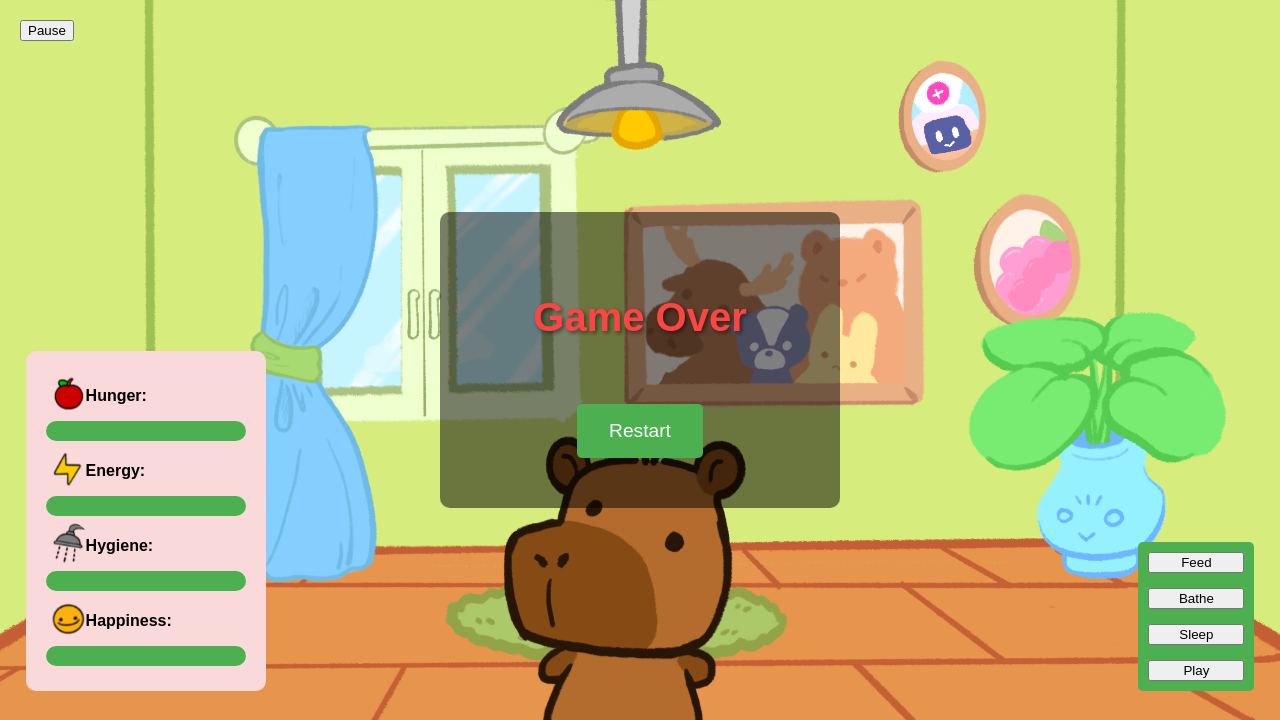
Repository: sarahjx/CapyCare
Page: html/index.html
These files come from the project's save history. The page is drawn as it stood at one moment and after a run of saves; the edit follows.
The browser window is 1280 px wide. The pictures show the whole page.
Some web fonts or font styles are not loaded; a fallback is used.

Above is the page before, as saved 2025-05-01 14:54:46.
Console error: TypeError: Cannot set properties of null (setting 'innerText')

### html/index.html
<!-- @format -->

<!DOCTYPE html>
<html lang="en">
  <head>
    <meta charset="UTF-8" />
    <meta name="viewport" content="width=device-width, initial-scale=1.0" />
    <title>Virtual Pet Game</title>
    <link rel="preconnect" href="https://fonts.googleapis.com">
    <link rel="preconnect" href="https://fonts.gstatic.com" crossorigin>
    <link href="https://fonts.googleapis.com/css2?family=McLaren&display=swap" rel="stylesheet">
    <link rel="stylesheet" href="../css/statusbar.css" />
  </head>
  <body>

    <div class="pet-container">
      <img class="pet-image" src="../images/capybara.png" alt="capybara" />
    </div>

    <div class="status-bar-container">

      <div class="status-bar">
        <div class="status-icon-container">
        <span class="hunger-icon"><img src="../images/hunger.svg" alt="hunger icon"></span>
        <span class="status-label">Hunger:</span>
        </div>
        <div class="status-progress">
          <div id="hunger-fill" class="status-fill"></div>
        </div>
        <div id="hunger-warning" class="warning"></div>
      </div>

      <div class="status-bar">
        <div class="status-icon-container">
        <span class="energy-icon"><img src="../images/energy.svg" alt="energy icon"></span>
        <span class="status-label">Energy:</span>
        </div>
        <div class="status-progress">
          <div id="energy-fill" class="status-fill"></div>
        </div>
        <div id="energy-warning" class="warning"></div>
      </div>

      <div class="status-bar">
        <div class="status-icon-container">
        <span class="hygiene-icon"><img src="../images/hygiene.svg" alt="hygiene icon"></span>
        <span class="status-label">Hygiene:</span>
        </div>
        <div class="status-progress">
          <div id="hygiene-fill" class="status-fill"></div>
        </div>
        <div id="hygiene-warning" class="warning"></div>
      </div>

      <div class="status-bar">
        <div class="status-icon-container">
        <span class="happiness-icon"><img src="../images/happiness.svg" alt="hygiene icon"></span>
        <span class="status-label">Happiness:</span>
        </div>
        <div class="status-progress">
          <div id="happiness-fill" class="status-fill"></div>
        </div>
        <div id="happiness-warning" class="warning"></div>
      </div>
    </div>

      <div class="action-buttons">
        <button onclick="feedPet(currentPet)">Feed</button>
        <button onclick="bathePet(currentPet)">Bathe</button>
        <button onclick="bedtime(currentPet)">Sleep</button>
        <button onclick="touchPet(currentPet)">Play</button>
      </div>
      <button id="pauseButton" onclick="togglePause()" class="pause-button">
        Pause
      </button>
    </div>

    <div id="gameOverScreen" class="game-over-screen">
      <div class="game-over-content">
        <h2>Game Over</h2>
        <p id="gameOverMessage"></p>
        <button class="restart-button" onclick="resetGame()">Restart</button>
      </div>
    </div>

    <script src="../backend/status.js"></script>
  </body>
</html>

### css/statusbar.css
/** @format */

:root {
  --primary-color: #f9d9d9;
  --secondary-color: #d9e7f9;
  --tertiary-color: #fff1fb;
  --accent-color: #f7efd7;
  --text-color: #333;
  --spacing-xs: 0.5rem;
  --spacing-sm: 0.75rem;
  --spacing-md: 1rem;
  --spacing-lg: 1.5rem;
  --spacing-xl: 2rem;
  --spacing-xxl: 3rem;
  --font-family: "McLaren", sans-serif;
  --font-size-xs: 0.75rem;
  --font-size-sm: 0.875rem;
  --font-size-md: 1rem;
  --font-size-lg: 1.125rem;
  --font-size-xl: 1.25rem;
  --font-size-xxl: 1.5rem;
}

body {
  font-family: var(--font-family);
  margin: 0 auto;
  padding: 20px;
  background-image: url("../images/room.png");
  background-size: cover;
  background-repeat: no-repeat;
  background-attachment: fixed;
  background-position: center;
}

.pet-container {
  display: flex;
  flex-direction: column;
  align-items: center;
  justify-content: center;
}

.pet-image {
  transform: scale(0.3);
  position: fixed;
  margin-top: 1200px;
}

.status-bar-container {
  position: fixed;
  background-color: var(--primary-color);
  padding: 20px;
  border-radius: 10px;
  display: inline-flex;
  flex-direction: column;
  bottom: 4%;
  left: 2%;
}

.status-icon-container {
  display: flex;
  align-items: center;
  margin-bottom: 0;
}

.hunger-icon,
.energy-icon,
.happiness-icon,
.hygiene-icon {
  width: 10px;
  height: auto;
  margin-right: 30px;
}

.status-bar {
  margin: 0;
}

.status-label {
  display: inline-block;
  width: 100px;
  font-weight: bold;
  margin: 0;
}

.status-progress {
  width: 200px;
  height: 20px;
  background-color: #ffffff;
  border-radius: 10px;
  overflow: hidden;
  position: relative;
}

.status-fill {
  height: 100%;
  width: 100%;
  position: absolute;
  left: 0;
  top: 0;
  background-color: #4caf50;
  transition: width 0.3s ease;
}

.status-row {
  display: flex;
  align-items: center;
  gap: 10px;
  margin-bottom: 10px;
}

.status-icon {
  width: 24px;
  height: 24px;
}

.status-value {
  min-width: 50px;
  text-align: right;
  font-weight: bold;
  color: #333;
}

.action-buttons {
  margin-top: 20px;
  display: inline-flex;
  flex-direction: column;
  padding: 20px;
  border-radius: 10px;
  gap: 15px;
  background-color: var(--primary-color);
  position: fixed;
  right: 2%;
  bottom: 4%;
  padding: 10px;
  border: none;
  border-radius: 5px;
  background-color: #4caf50;
  color: white;
  cursor: pointer;
  transition: background-color 0.3s;
  width: 6rem;
  font-family: var(--font-family);
  font-weight: 7pt;
  font-size: var(--font-size-xl);
}


.restart-button {
  padding-right: 10px;
}

button:hover {
  background-color: #45a049;
}

.warning {
  color: #ff9800;
  font-weight: bold;
  margin-top: 5px;
}

.critical {
  color: #f44336;
  font-weight: bold;
  margin-top: 5px;
}

.hidden {
  display: none;
}

.game-over-overlay {
  position: fixed;
  top: 0;
  left: 0;
  right: 0;
  bottom: 0;
  width: 100vw;
  height: 100vh;
  background-color: rgba(0, 0, 0, 0.2);
  display: none;
  z-index: 1000;
  margin: 0;
  padding: 0;
}

.game-over-content {
  position: fixed;
  display: flex;
  flex-direction: column;
  justify-content: center;
  align-items: center;
  left: 50%;
  top: 50%;
  transform: translate(-50%, -50%);
  padding: 50px;
  background-color: rgba(0, 0, 0, 0.5);
  color: white;
  border-radius: 10px;
  z-index: 1001;
  min-width: 300px;
}

.game-over-content h2 {
  color: #ff4444;
  font-size: 2.5rem;
  text-align: center;
  margin-bottom: 2rem;
  text-shadow: 2px 2px 4px rgba(0, 0, 0, 0.5);
}

.game-over-content button {
  padding: 1rem 2rem;
  font-size: 1.2rem;
  background-color: #4caf50;
  color: white;
  border: none;
  border-radius: 5px;
  cursor: pointer;
  transition: background-color 0.3s;
}

.game-over-content button:hover {
  background-color: #45a049;
}

### backend/status.js
/** @format */

function Personality(favFood, active, clean, clingy, foodLover, introText) {
  this.favFood = favFood;
  this.active = active;
  this.clean = clean;
  this.clingy = clingy;
  this.foodLover = foodLover;
  this.intro = introText;
}

const mix1 = new Personality(
  "Sunfruit",
  true,
  true,
  true,
  true,
  "This pet is energetic and playful, always ready to explore or play. They love the taste of Sunfruit and will happily eat it when offered, but they'll need constant attention, so expect lots of petting and cuddling. Despite their active nature, they stay clean and are easy to bathe. This pet loves affection and will return it in kind!"
);
const mix2 = new Personality(
  "Snakberry",
  true,
  true,
  false,
  true,
  "This pet is full of energy and loves to make the most of their days. They are particularly fond of Snakberries, which they will devour happily, but they tend to get hungry more often due to their high energy levels. Despite their active nature, they keep themselves clean and are easy to bathe. They're not overly clingy, so while they'll happily spend time with you, they won't be demanding affection constantly."
);
const mix3 = new Personality(
  "Dreamleaf",
  false,
  false,
  true,
  false,
  "This pet is laid-back and enjoys spending time with you, always seeking your company. They love Dreamleaf as a treat, but they're not particularly food-driven and don't get hungry as often. While they may get a little dirty from time to time, they tend to move around when you try to bathe them. Expect them to seek out your attention frequently, and be ready to shower them with love when they come to you for pets."
);

const personalities = [mix1, mix2, mix3];

// Global variables
let currentPet = null;
let hunger = 100;
let energy = 100;
let hygiene = 100;
let happiness = 100;
let isGameOver = false;
let isPaused = false;

// Store interval IDs globally
let hungerInterval = null;
let energyInterval = null;
let hygieneInterval = null;
let happinessInterval = null;

// Initialize the game
function initializeGame() {
  currentPet = getRandomPersonality();
  hunger = 100;
  energy = 100;
  hygiene = 100;
  happiness = 100;
  updateStatusBars();
  updateIntervals();
}

function getRandomPersonality() {
  const randomIndex = Math.floor(Math.random() * personalities.length);
  currentPet = personalities[randomIndex];
  console.log("New pet initialized:", currentPet.intro);
  return currentPet;
}

// Personality-based status decrease functions
function decreaseHunger() {
  if (!currentPet || isGameOver) return;
  const decreaseAmount = currentPet.foodLover ? 15 : 10;
  hunger = Math.max(0, hunger - decreaseAmount);
  updateStatusBars();
  if (hunger === 0 && checkGameOver()) return;
}

function decreaseEnergy() {
  if (!currentPet || isGameOver) return;
  const decreaseAmount = currentPet.active ? 15 : 10;
  energy = Math.max(0, energy - decreaseAmount);
  updateStatusBars();
  if (energy === 0 && checkGameOver()) return;
}

function decreaseHygiene() {
  if (!currentPet || isGameOver) return;
  const decreaseAmount = currentPet.clean ? 8 : 12;
  hygiene = Math.max(0, hygiene - decreaseAmount);
  updateStatusBars();
  if (hygiene === 0 && checkGameOver()) return;
}

function decreaseHappiness() {
  if (!currentPet || isGameOver) return;
  const decreaseAmount = currentPet.clingy ? 15 : 10;
  happiness = Math.max(0, happiness - decreaseAmount);
  updateStatusBars();
  if (happiness === 0 && checkGameOver()) return;
}

// Update intervals with personality-based timing
function updateIntervals() {
  // Clear any existing intervals
  if (hungerInterval) clearInterval(hungerInterval);
  if (energyInterval) clearInterval(energyInterval);
  if (hygieneInterval) clearInterval(hygieneInterval);
  if (happinessInterval) clearInterval(happinessInterval);

  // Set new intervals based on personality
  hungerInterval = setInterval(
    () => {
      decreaseHunger();
      warning();
    },
    currentPet.foodLover ? 6000 : 8000
  );

  energyInterval = setInterval(
    () => {
      decreaseEnergy();
      warning();
    },
    currentPet.active ? 8000 : 12000
  );

  hygieneInterval = setInterval(
    () => {
      decreaseHygiene();
      warning();
    },
    currentPet.clean ? 18000 : 15000
  );

  happinessInterval = setInterval(
    () => {
      decreaseHappiness();
      warning();
    },
    currentPet.clingy ? 8000 : 10000
  );

  console.log("Intervals updated for pet:", currentPet.intro);
}

// Pause game function
function pauseGame() {
  if (hungerInterval) clearInterval(hungerInterval);
  if (energyInterval) clearInterval(energyInterval);
  if (hygieneInterval) clearInterval(hygieneInterval);
  if (happinessInterval) clearInterval(happinessInterval);
  console.log("Game paused");
}

// Resume game function
function resumeGame() {
  updateIntervals();
  console.log("Game resumed");
}

function touchPet(personality) {
  if (personality.clingy) {
    gainStatus("happiness");
    console.log("Your pet loves the attention!");
  } else {
    loseStatus("happiness");
    console.log("Your pet prefers their space.");
  }
}

function feedPet(personality) {
  gainStatus("hunger"); // Always increase hunger
  if (personality.foodLover) {
    gainStatus("happiness");
    console.log("Your pet loves the food!");
  } else {
    loseStatus("happiness");
    console.log("Your pet isn't very interested in food.");
  }
}

function bathePet(personality) {
  gainStatus("hygiene"); // Always increase hygiene
  if (personality.clean) {
    gainStatus("happiness");
    console.log("Your pet enjoys being clean!");
  } else {
    loseStatus("happiness");
    console.log("Your pet doesn't like baths.");
  }
}

function bedtime(personality) {
  const petImage = document.querySelector(".pet-image");
  if (petImage) {
    // Store the current image to return to
    const currentImage = petImage.src;

    // Show sleeping animation
    petImage.src = "../images/Sleep.PNG";

    // After 3 seconds, restore the previous state
    setTimeout(() => {
      updatePetImage();
    }, 3000);
  }

  gainStatus("energy"); // Always increase energy
  if (personality.active) {
    loseStatus("happiness");
    console.log("Your pet is too energetic to sleep!");
  } else {
    gainStatus("happiness");
    console.log("Your pet enjoys resting.");
  }
}

function gainStatus(category) {
  switch (category) {
    case "hunger":
      if (hunger >= 100) {
        console.log("Hunger is full!");
      } else if (hunger < 100) {
        hunger += 10;
        console.log("Hunger: " + hunger);
      }
      break;
    case "energy":
      if (energy >= 100) {
        console.log("Energy is full!");
      } else if (energy < 100) {
        energy += 10;
        console.log("Energy: " + energy);
      }
      break;
    case "hygiene":
      if (hygiene >= 100) {
        console.log("Hygiene is full!");
      } else if (hygiene < 100) {
        hygiene += 10;
        console.log("Hygiene: " + hygiene);
      }
      break;
    case "happiness":
      if (happiness >= 100) {
        console.log("Happiness is full!");
      } else if (happiness < 100) {
        happiness += 10;
        console.log("Happiness: " + happiness);
      }
      break;
    default:
      console.log("Invalid category");
  }
}

function loseStatus(category) {
  switch (category) {
    case "hunger":
      if (hunger <= 0) {
        console.log("Hunger is empty!");
        hunger = 0;
      } else if (hunger > 0) {
        hunger -= 10;
        console.log("Hunger: " + hunger);
      }
      break;
    case "energy":
      if (energy <= 0) {
        console.log("Energy is empty!");
        energy = 0;
      } else if (energy > 0) {
        energy -= 10;
        console.log("Energy: " + energy);
      }
      break;
    case "hygiene":
      if (hygiene <= 0) {
        console.log("Hygiene is empty!");
        hygiene = 0;
      } else if (hygiene > 0) {
        hygiene -= 10;
        console.log("Hygiene: " + hygiene);
      }
      break;
    case "happiness":
      if (happiness <= 0) {
        console.log("Happiness is empty!");
        happiness = 0;
      } else if (happiness > 0) {
        happiness -= 3;
        console.log("Happiness: " + happiness);
      }
      break;
    default:
      console.log("Invalid category");
  }
}

function warning() {
  // Hunger warnings
  if (hunger <= 50 && hunger > 20) {
    document.getElementById("hunger-warning").textContent =
      "Your pet is getting hungry!";
    document.getElementById("hunger-warning").className = "warning";
  } else if (hunger <= 20 && hunger > 0) {
    document.getElementById("hunger-warning").textContent =
      "Your pet is starving!";
    document.getElementById("hunger-warning").className = "critical";
  } else {
    document.getElementById("hunger-warning").textContent = "";
  }

  // Energy warnings
  if (energy <= 50 && energy > 20) {
    document.getElementById("energy-warning").textContent =
      "Your pet is getting tired!";
    document.getElementById("energy-warning").className = "warning";
  } else if (energy <= 20 && energy > 0) {
    document.getElementById("energy-warning").textContent =
      "Your pet is exhausted!";
    document.getElementById("energy-warning").className = "critical";
  } else {
    document.getElementById("energy-warning").textContent = "";
  }

  // Hygiene warnings
  if (hygiene <= 50 && hygiene > 20) {
    document.getElementById("hygiene-warning").textContent =
      "Your pet needs a bath!";
    document.getElementById("hygiene-warning").className = "warning";
  } else if (hygiene <= 20 && hygiene > 0) {
    document.getElementById("hygiene-warning").textContent =
      "Your pet is filthy!";
    document.getElementById("hygiene-warning").className = "critical";
  } else {
    document.getElementById("hygiene-warning").textContent = "";
  }

  // Happiness warnings
  if (happiness <= 50 && happiness > 20) {
    document.getElementById("happiness-warning").textContent =
      "Your pet is getting sad!";
    document.getElementById("happiness-warning").className = "warning";
  } else if (happiness <= 20 && happiness > 0) {
    document.getElementById("happiness-warning").textContent =
      "Your pet is depressed!";
    document.getElementById("happiness-warning").className = "critical";
  } else {
    document.getElementById("happiness-warning").textContent = "";
  }
}

function checkGameOver() {
  if (hunger <= 0 || energy <= 0 || hygiene <= 0 || happiness <= 0) {
    isGameOver = true;
    pauseGame();
    showGameOver();
    return true;
  }
  return false;
}

function showGameOver() {
  let reason = "";
  if (hunger <= 0) reason = "Your pet starved to death!";
  else if (energy <= 0) reason = "Your pet died from exhaustion!";
  else if (hygiene <= 0) reason = "Your pet died from poor hygiene!";
  else if (happiness <= 0) reason = "Your pet died from sadness!";

  console.log("GAME OVER: " + reason);
  document.getElementById("gameOverMessage").textContent = reason;
  document.getElementById("gameOverOverlay").style.display = "block";
  document.getElementById("gameOverContent").style.display = "flex";
}

function resetGame() {
  isGameOver = false;
  hunger = 100;
  energy = 100;
  hygiene = 100;
  happiness = 100;
  document.getElementById("gameOverOverlay").style.display = "none";
  document.getElementById("gameOverContent").style.display = "none";
  currentPet = getRandomPersonality();
  updateStatusBars();
  updateIntervals();
}

function togglePause() {
  isPaused = !isPaused;
  const pauseButton = document.getElementById("pauseButton");
  const buttons = document.querySelectorAll(
    ".buttons button:not(#pauseButton)"
  );

  if (isPaused) {
    pauseButton.textContent = "Resume";
    pauseButton.classList.add("paused");
    buttons.forEach((button) => (button.disabled = true));
    pauseGame();
  } else {
    pauseButton.textContent = "Pause";
    pauseButton.classList.remove("paused");
    buttons.forEach((button) => (button.disabled = false));
    resumeGame();
  }
}

// Update status bars
function updateStatusBars() {
  // Update the width of each status bar
  document.getElementById("hunger-fill").style.width = hunger + "%";
  document.getElementById("energy-fill").style.width = energy + "%";
  document.getElementById("happiness-fill").style.width = happiness + "%";
  document.getElementById("hygiene-fill").style.width = hygiene + "%";

  // Update pet image based on status
  updatePetImage();
}

// Override console.log to update UI
const originalConsoleLog = console.log;
console.log = function () {
  originalConsoleLog.apply(console, arguments);
  updateStatusBars();
};

// Simple toggle function
function toggleActions() {
  document.getElementById("action-buttons-column").classList.toggle("hidden");
  document.getElementById("toggle-button").classList.toggle("hidden");
}

// Initialize the game when the page loads
window.addEventListener("load", function () {
  initializeGame();
  // Update status bars every second
  setInterval(updateStatusBars, 1000);
});

// stopwatch

let [hours, minutes, seconds] = [0, 0, 0];
let timer = null;

function updateDisplay() {
  document.getElementById("display").innerText =
    `${String(hours).padStart(2, "0")}:` +
    `${String(minutes).padStart(2, "0")}:` +
    `${String(seconds).padStart(2, "0")}`;
}

function stopwatch() {
  seconds++;
  if (seconds === 60) {
    seconds = 0;
    minutes++;
    if (minutes === 60) {
      minutes = 0;
      hours++;
    }
  }
  updateDisplay();
}

function start() {
  if (timer !== null) return;
  timer = setInterval(stopwatch, 1000);
}

function stop() {
  clearInterval(timer);
  timer = null;
}

function reset() {
  stop();
  [hours, minutes, seconds] = [0, 0, 0];
  updateDisplay();
}

updateDisplay();

function updatePetImage() {
  const petImage = document.querySelector(".pet-image");
  if (!petImage) return;

  // Check if any status is 0 (dead)
  if (hunger <= 0 || energy <= 0 || hygiene <= 0 || happiness <= 0) {
    petImage.src = "../images/Fuckingdead.PNG";
    return;
  }

  // Check for multiple states
  if (hunger <= 60 && hygiene <= 60 && energy <= 60) {
    petImage.src = "../images/Dirty:Hungry:Tired.PNG";
  } else if (hunger <= 60 && hygiene <= 60) {
    petImage.src = "../images/Dirty:hungry.PNG";
  } else if (hunger <= 60 && energy <= 60) {
    petImage.src = "../images/Hungry:Tired.PNG";
  } else if (hygiene <= 60 && energy <= 60) {
    petImage.src = "../images/Dirty:Tired.PNG";
  } else if (energy <= 60) {
    petImage.src = "../images/Sleepy.PNG";
  } else if (hunger <= 60) {
    petImage.src = "../images/Hungry.PNG";
  } else if (hygiene <= 60) {
    petImage.src = "../images/Dirty.PNG";
  } else {
    petImage.src = "../images/Idle.PNG";
  }
}

After the next 2 saves:
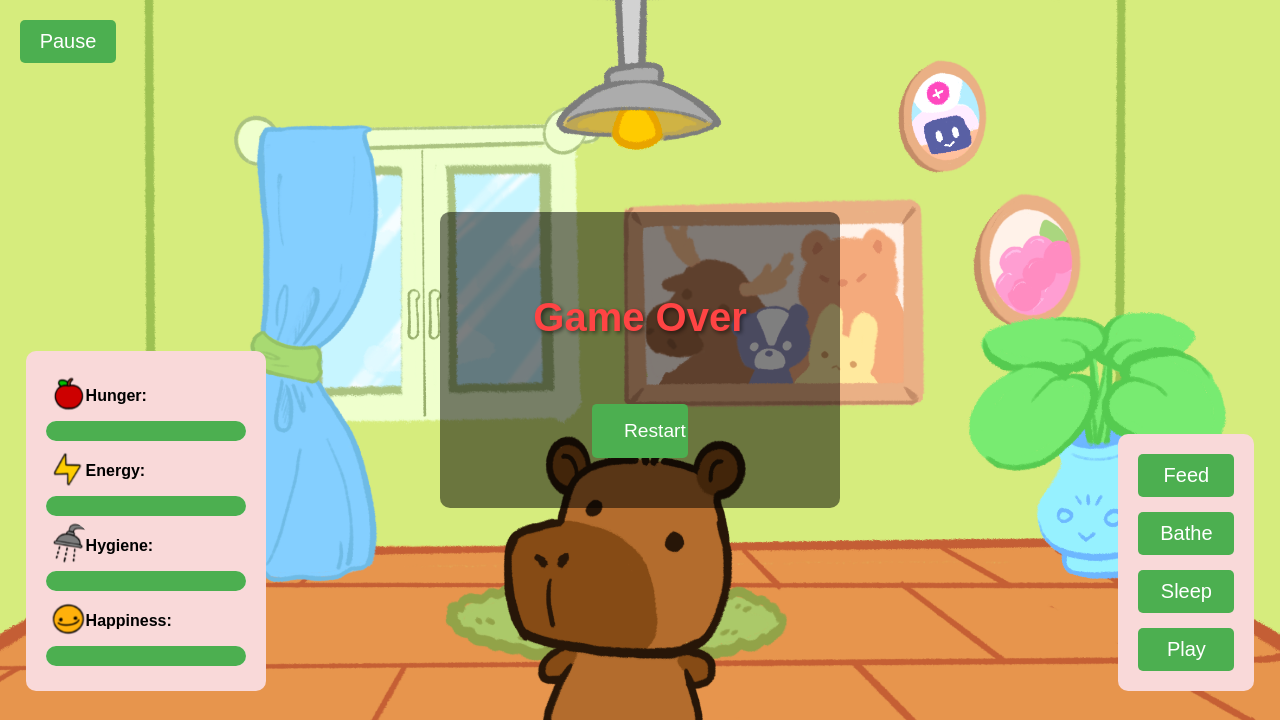
The 2 saves are shown as one change because they came seconds apart.
The last was saved 12 s later.
--- a/css/statusbar.css
+++ b/css/statusbar.css
@@ -131,6 +131,9 @@ body {
   position: fixed;
   right: 2%;
   bottom: 4%;
+}
+
+button {
   padding: 10px;
   border: none;
   border-radius: 5px;
@@ -144,7 +147,6 @@ body {
   font-size: var(--font-size-xl);
 }
 
-
 .restart-button {
   padding-right: 10px;
 }
